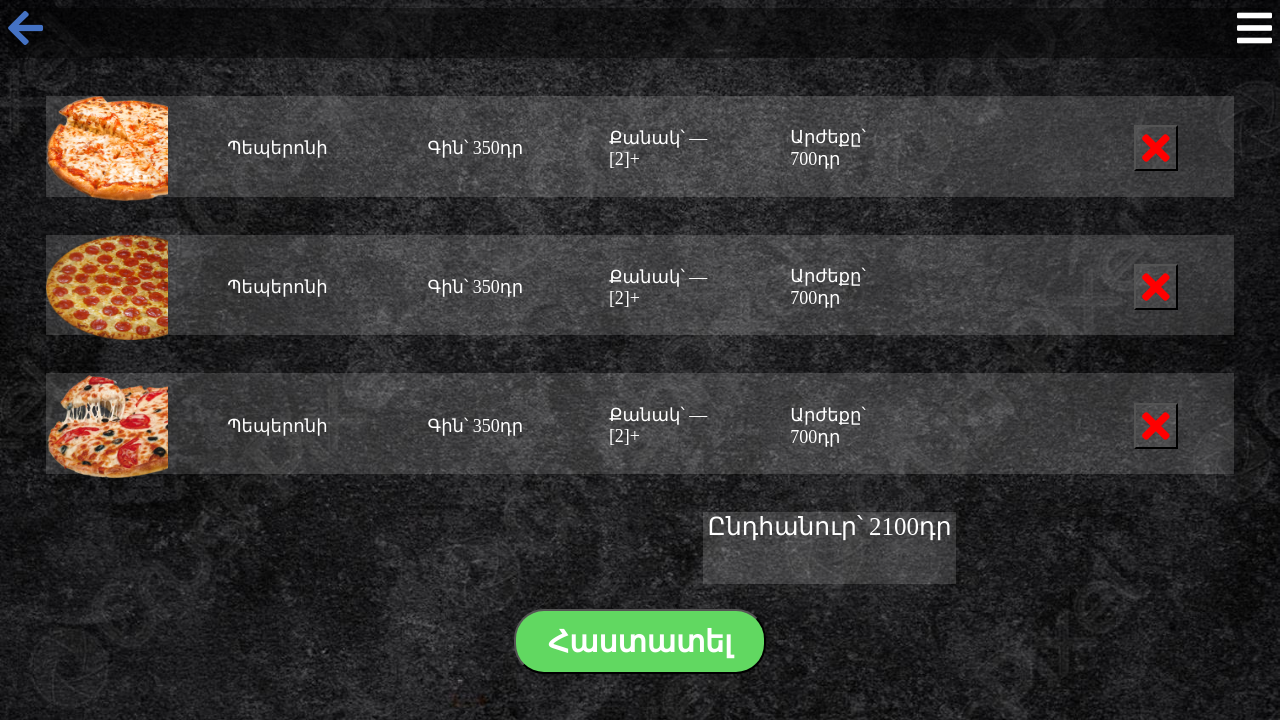
Repository: NarekTovmasyan/PizzaManue
Page: public/basket.html
The author's editor kept a copy of each file at every save. The page is drawn from the files as they stood at one save, then again after the next save.
The browser window is 1280 px wide. The pictures show the whole page.

Above is the page before, as saved 2022-01-20 17:06:24.

### public/basket.html
<!DOCTYPE html>
<html lang="en">
<head>
    <meta charset="UTF-8">
    <meta http-equiv="X-UA-Compatible" content="IE=edge">
    <meta name="viewport" content="width=device-width, initial-scale=1.0">
    <link rel="stylesheet" href="basket.css">
    <link rel="stylesheet" href="https://use.fontawesome.com/releases/v5.15.4/css/all.css" integrity="sha384-DyZ88mC6Up2uqS4h/KRgHuoeGwBcD4Ng9SiP4dIRy0EXTlnuz47vAwmeGwVChigm" crossorigin="anonymous">
    <title>BASKET</title>

</head>
<body>
    <nav class="menu ">
        <i class="fas fa-arrow-left"></i>
          <i class="fas fa-bars"></i>
     </nav>
    <div class= "main">
        <div class ="prop">
            <div class="pizza1Img"></div>
            <div>Պեպերոնի</div>
            <div>Գին՝ 350դր</div>
            <div>Քանակ՝ —[2]+ </div>
            <div class = "value">Արժեքը՝ 700դր</div>
            <div class ="icon"><button class = "close"><i class="fas fa-times"></i></button></div>
         </div>
        <div class ="prop">
            <div class="pizza2Img"></div>
            <div>Պեպերոնի</div>
            <div>Գին՝ 350դր</div>
            <div>Քանակ՝ —[2]+ </div>
            <div class = "value">Արժեքը՝ 700դր</div>
            <div class ="icon"><button class = "close"><i class="fas fa-times"></i></button></div>
        </div>
        <div class ="prop">
            <div class="pizza3Img"></div>
            <div>Պեպերոնի</div>
            <div>Գին՝ 350դր</div>
            <div>Քանակ՝ —[2]+ </div>
            <div class = "value" >Արժեքը՝ 700դր</div>
            <div class ="icon"><button class = "close"><i class="fas fa-times"></i></button></div>
        </div>
        <div class ="sum">Ընդհանուր՝ 2100դր</div>
         <button class = "confirm">Հաստատել</button>
    </div>
</body>
</html>

### public/basket.css
body {
    background-image: url(./images/background.jpg);
    background-repeat: no-repeat;
    background-size: cover;
  }
 .main{
      width: 100%;
      height: 75vh;
}
.menu {
    height: 50px;
    background-color: rgba(0, 0, 0, 0.425);
    display: flex;
    justify-content: space-between;
  }
.fa-arrow-left {
    color: #4472c4;
    font-size: 40px;
    cursor: pointer;
  }
  .fa-bars {
    color: #fff;
    font-size: 40px;
    cursor: pointer;
  }
  .icon{
    margin-left: 200%;
  }
  .close{
      background-color: rgba(160, 158, 158, 0.144);
  }

   .fa-times{
      font-size: 40px;
      color: red;
  }
.prop{
  background-color: rgba(255, 255, 255, 0.144) ;
  width: 94%;
  height: 14vh;
  margin-top: 3%;
  margin-left: 3%;
  display: grid;
  grid-template-columns: 1fr 1fr 1fr 1fr 1fr 1fr 1fr;
  column-gap: 100px;
  justify-content: center;
  align-items: center;
  color:white ;
  font-size: 18px;
}
 .prop >  div{
    width: 150%;
 }
.sum{
    background-color: rgba(255, 255, 255, 0.144) ;
    width: 20%;
    height: 10vh;
    margin-top: 3%;
    margin-left: 55%;
    font-size: 25px;
    font-weight: 500;
    text-align:center;
    color:white;
}

.confirm{
    background-color:rgb(97, 216, 97);
    height: 9vh;
    width: 20%;
    border-radius: 30px;
    text-align:center;
    font-size: 30px;
    font-weight: 700;
    margin-left:40%;
    margin-top: 2%;
    color:white;
    cursor: pointer;
}
.confirm:hover {
    background-color: rgb(216, 250, 216);
    color: black
  }
.pizza1Img{
    background-image: url(./images/pizza1.png);
    height:105px;
    width: 160px;
    background-size: cover;
}
.pizza2Img{
    background-image: url(./images/resize-16426253651557335988pizza2\ \(1\).png);
    height:105px;
    width: 160px;
    background-size: cover;
}
.pizza3Img{
    background-image: url(./images/pizza3.png);
    height:105px;
    width: 160px;
    background-size: cover;
}

After the next save:
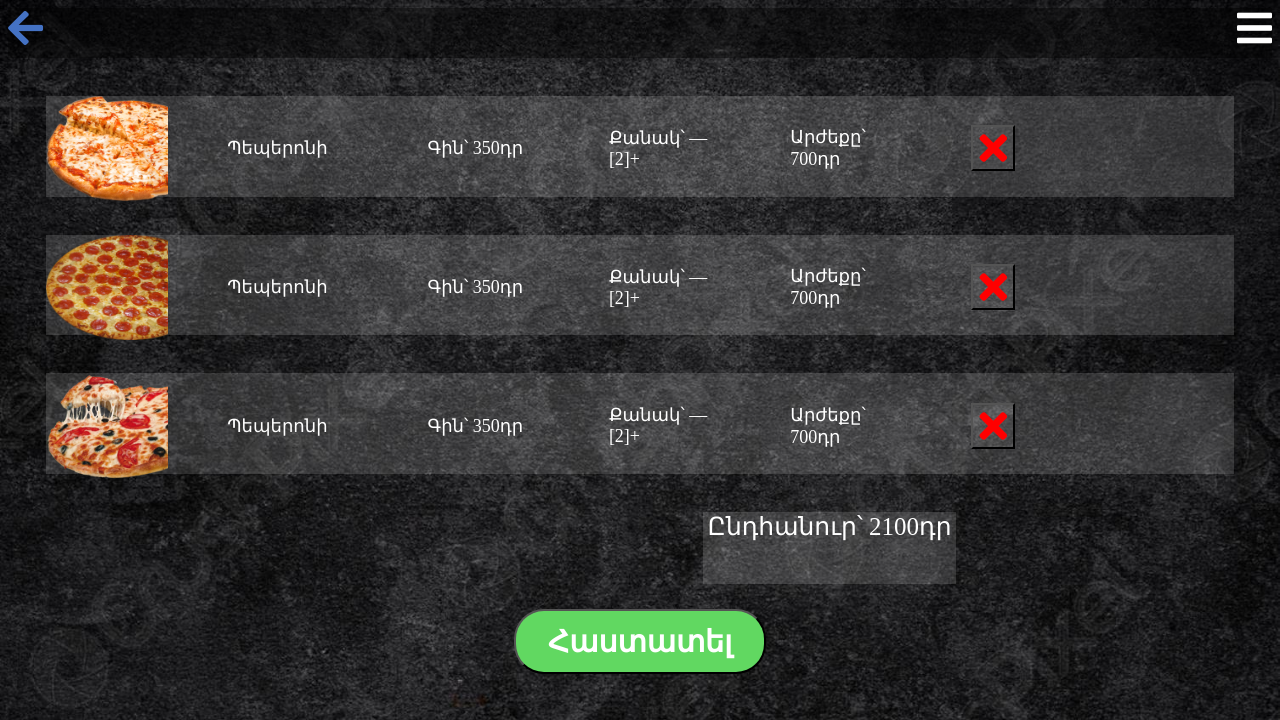
Saved 48 s later.
--- a/public/basket.css
+++ b/public/basket.css
@@ -23,9 +23,9 @@ body {
     font-size: 40px;
     cursor: pointer;
   }
-  .icon{
+  /*.icon{
     margin-left: 200%;
-  }
+  }*/
   .close{
       background-color: rgba(160, 158, 158, 0.144);
   }
